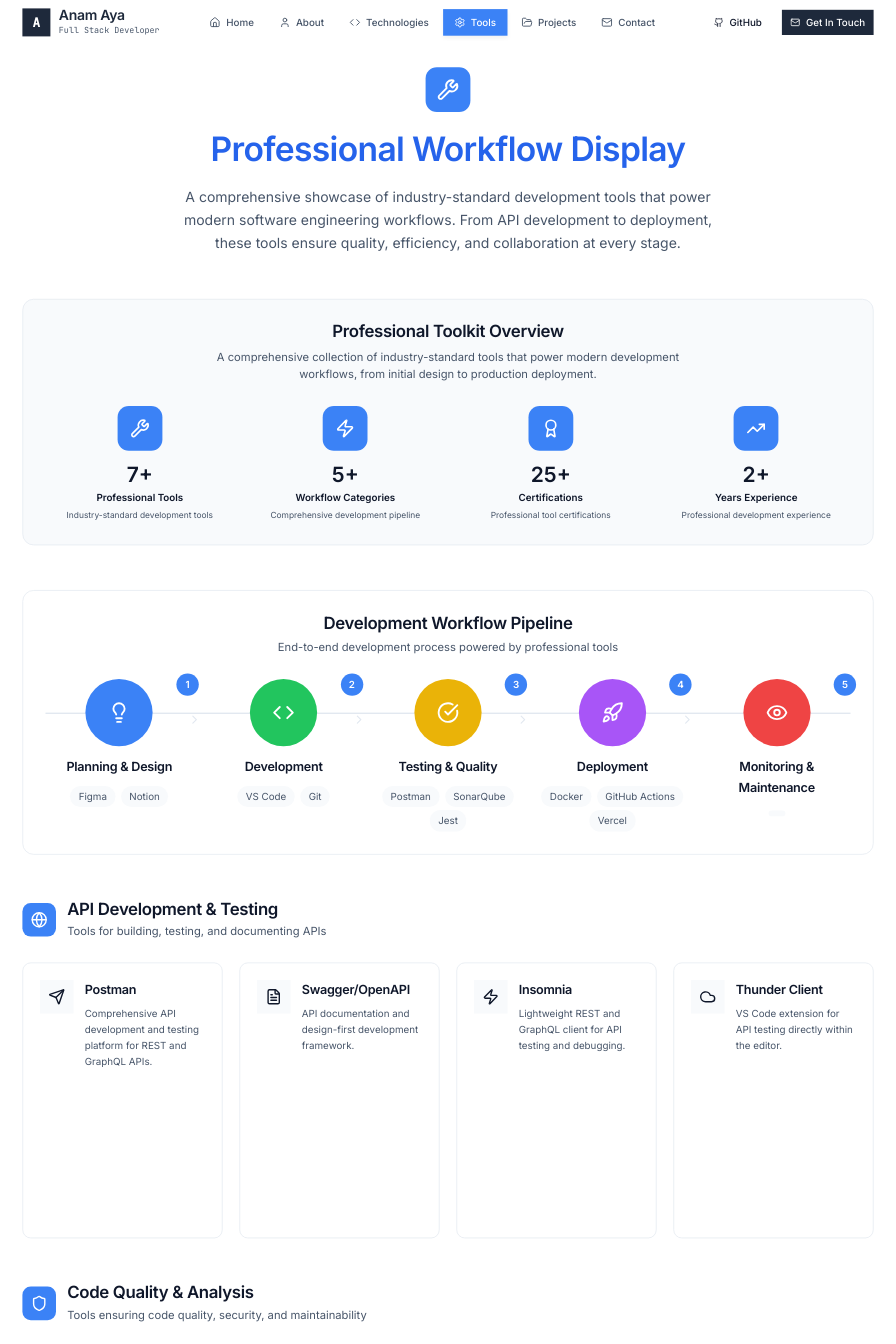
Repository: ayaaas/portflio_aya
Page: /tools-professional-workflow-display
An editor plug-in stored every save of this project. The page is shown before and after the next save, followed by the edit.
The browser window is 1280 px wide. The pictures show the part of the page from y = 0 to 1920 px (the page is 4482 px tall), at 70% of full size.
The project was rebuilt for these pictures with package versions that can differ from the ones it lists, and the page was loaded fresh each time. Also part of the build but not shown: vite.config.mjs, src/components/ErrorBoundary.jsx, src/components/AppImage.jsx, src/pages/hero-section-developer-portfolio/components/ProfileImage.jsx, src/pages/hero-section-developer-portfolio/components/AnimatedText.jsx, src/pages/hero-section-developer-portfolio/components/HeroContent.jsx, src/pages/hero-section-developer-portfolio/components/BackgroundPattern.jsx, src/pages/hero-section-developer-portfolio/components/ScrollIndicator.jsx and 24 more.

Above is the page before, as saved 2025-07-19 00:33:45.

After the next save:
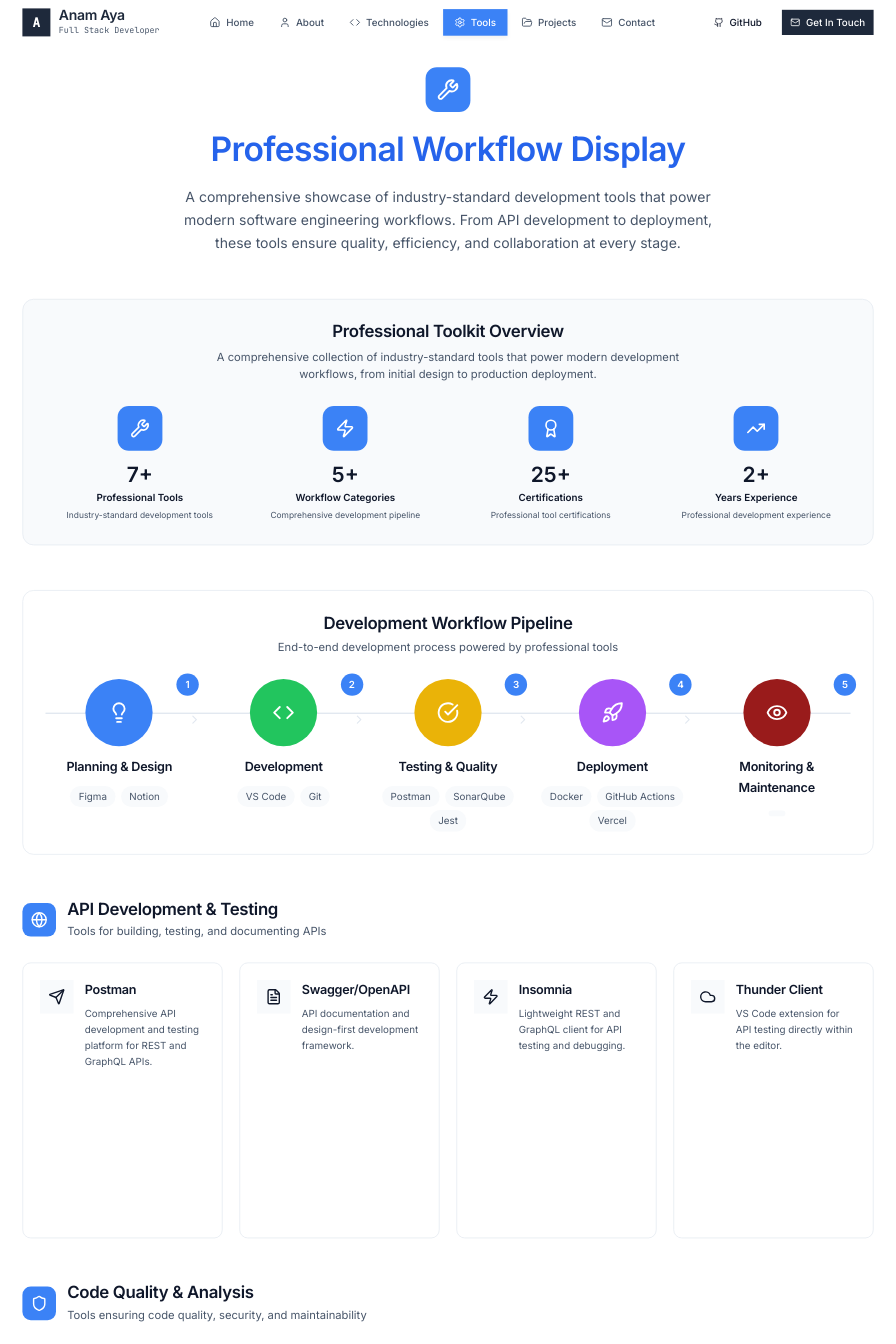
Saved 26 s later.
--- a/src/pages/tools-professional-workflow-display/components/WorkflowVisualization.jsx
+++ b/src/pages/tools-professional-workflow-display/components/WorkflowVisualization.jsx
@@ -36,7 +36,7 @@ const WorkflowVisualization = () => {
       phase: "Monitoring & Maintenance",
       tools: [""],
       icon: "Eye",
-      color: "bg-red-500"
+      color: "bg-red-800"
     },
 
   ];
